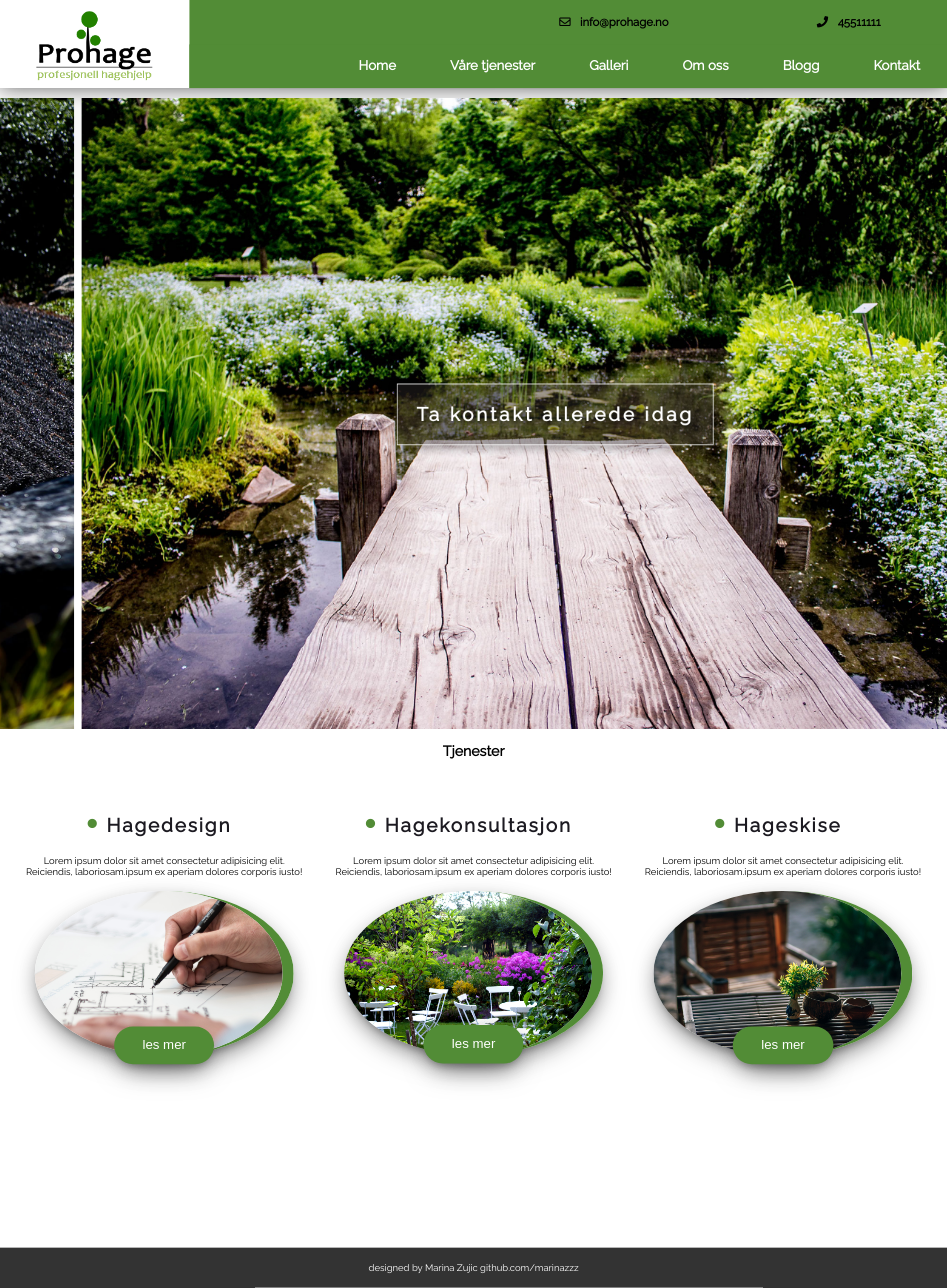
Repository: marinazzz/garden-design-website
Page: Garden design website/index.html
An editor plug-in stored every save of this project. The page is shown before and after the next save, followed by the edit.
The browser window is 1280 px wide. The pictures show the whole page, at 74% of full size.

Above is the page before, as saved 2020-04-01 09:52:50.

### Garden design website/index.html
<!DOCTYPE html>
<html lang="nb">
<head>
    <title>Hagedesign Oslo</title>
    <link rel="stylesheet" type="text/css" href="CSS/fontawesome-free-5.12.1-web/css/all.min.css">
    <link rel="stylesheet" type="text/css" href="CSS/style.css"/>
    <link rel="stylesheet" type="text/css" href="CSS/min-width-768px.css">
    <link rel="stylesheet" type="text/css" href="CSS/min-width-992px.css">
    <link rel="stylesheet" href="https://cdnjs.cloudflare.com/ajax/libs/animate.css/3.7.2/animate.min.css">
    <link rel="stylesheet" type="text/css" href="PLUGINS/glide-master/dist/css/glide.core.min.css" />
    <link rel="stylesheet" type="text/css" href="PLUGINS/glide-master/dist/css/glide.theme.min.css" />
    <link href="https://fonts.googleapis.com/css?family=Raleway&display=swap" rel="stylesheet">
    <meta name="viewport" content="width=device-width, initial-scale=1" charset="UTF-8">
</head>
<body>
    <header class="header--white-green">
        <div class="wrapper">
        <div class="container__menu--small container__menu"> <!--grid container-->
            <div class="container__logo"> <!--1.column-->
                <img class="logo"src="images/prohage black.png" alt="Prohage logo">
            </div>
            <div class="container__items--small container__items"> <!--2.column-->
                <div class="container__item"> <!--1.row-->
                     <a href="mailto:info@prohage.no"
                         class ="container__item-txt"><i class="far fa-envelope"></i>info@prohage.no</a>
                     <a href="tlf:45511111"
                         class="container__item-txt"><i class="fas fa-phone"></i>45511111</a>
                </div>
               <div class="container__item-bottom"> <!--2.row-->
                   <button class="menu__toggle">
                       <i class="fas fa-bars"></i>
                   </button>
                   <nav id="menu">
                        <ul class="menu__list">
                            <li class="menu__item">
                                <a class="menu__link" href="home">Home</a>
                            </li>
                            <li class="menu__item">
                                <a class="menu__link" href="#services">Våre tjenester</a>
                            </li>
                            <li class="menu__item">
                                <a class="menu__link" href="#gallery">Galleri</a>
                            </li>
                            <li class="menu__item">
                                <a class="menu__link" href="#about">Om oss</a>
                            </li>
                            <li class="menu__item">
                                <a class="menu__link" href="#blog">Blogg</a>
                            </li>
                            <li class="menu__item">
                                <a class="menu__link" href="kontakt">Kontakt</a>
                            </li>
                       </ul>
                   </nav>
               </div>
            </div>
            </div>
        </div>
        <section id="main-photo">
            <div class="glide">
                <div class="glide__track"
                     data-glide-el="track">
                    <ul class="glide__slides">
                        <li class="glide__slide">
                            <img class="main-photo__item"
                                 srcset="images/daylight-environment-garden-2000.jpg 2000w,
                                         images/daylight-environment-garden-1000.jpg 1000w"
                                 sizes="(min-width: 1440px) 2000px, 100vw"
                                 src="images/daylight-environment-garden-2000.jpg" alt="Garden and plants" />
                                 <h1 class="main-photo__title">Profesjonell hagehjelp</h1>
                        </li>
                        <li class="glide__slide">
                            <img class="main-photo__item"
                                 srcset="images/main-header-photo-2000.jpg 2000w,
                                          images/main-header-photo-1000.jpg 1000w"
                                 sizes="(min-width: 1440px) 2000px, 100vw"
                                 src="images/main-header-photo-2000.jpg" alt="Garden and plants" />
                                 <h1 class="main-photo__title">Ta kontakt allerede idag</h1>
                                </li>
                        <li class="glide__slide">
                            <img class="main-photo__item"
                                 srcset="images/header-photo-2000.jpg 2000w,
                                         images/header-photo-1000.jpg 1000w"
                                 sizes="(min-width: 1440px) 2000px, 100vw"
                                 src="images/header-photo-2000.jpg" alt="Garden designed by proffesional" />
                                 <h1 class="main-photo__title">Rådgiving og tipser</h1>
                        </li>
                        <li class="glide__slide">
                            <img class="main-photo__item"
                                 srcset="images/bloom-blooming-blur-2000.jpg 2000w,
                                         images/bloom-blooming-blur-1000.jpg 1000w"
                                 sizes="(min-width: 1440px) 2000px, 100vw"
                                 src="images/bloom-blooming-blur-2000.jpg" alt="Garden designed by proffesional" />
                                 <h1 class="main-photo__title">Følg vår hageblogg</h1>
                        </li>
                    </ul>
                </div>
                <!--<div class="glide__arrows"
                         data-glide-el="controls">
                        <button class="glide__arrow glide__arrow--left"
                                data-glide-dir="<">
                            <i class="fas fa-chevron-circle-left"></i>
                        </button>
                        <button class="glide__arrow glide__arrow--right"
                                data-glide-dir=">">
                            <i class="fas fa-chevron-circle-right"></i>
                        </button>
                    </div>-->
            </div>

            <!--<img class="main-photo__item1"
                 srcset="images/architecture-clouds-daylight-2000.jpg 2000w,
                         images/architecture-clouds-daylight-1000.jpg 1000w"
                 sizes="(min-width: 1440px) 2000px, 100vw"
                 src="images/architecture-clouds-daylight-2000.jpg" alt="Garden">
            <img class="main-photo__item2"
                 srcset="images/header-photo-2000.jpg 2000w,
                         images/header-photo-1000.jpg 1000w"
                 sizes="(min-width: 1440px) 2000px, 100vw"
                 src="images/header-photo-2000.jpg" alt="Garden designed by proffesional" >
            <img class="main-photo__item3"
                 srcset="images/main-header-photo-2000.jpg 2000w,
                         images/main-header-photo-1000.jpg 1000w"
                 sizes="(min-width: 1440px) 2000px, 100vw"
                 src="images/main-header-photo-2000.jpg" alt="Garden and plants" >
            <h1 class="main-photo__title">Profesjonell hagehjelp</h1>-->
        </section>
     </header>
     <main>
         <section id="services" class="section--white-green section-container">
            <h1 class="services-title">Tjenester</h1>
            <div class="section-wrapper">
            <section class="services-item">
                <div class="item-title__wrapp">
                    <i class="fas fa-circle"></i>
                    <h2 class="services-item-title">Hagedesign</h2>
                </div>
                <p class="services-txt">Lorem ipsum dolor sit amet consectetur adipisicing elit. Reiciendis, laboriosam.ipsum ex aperiam dolores corporis iusto!</p>
                <div class="position-button">
                     <img class="services-photo" src="images/person-holding-black-pen-1109541.jpg" alt="Hagedesigner tegner">
                     <button class="services-toggle">les mer</button>
                </div>
            </section>
            <section class="services-item services-item--padding">
                <div class="item-title__wrapp">
                    <i class="fas fa-circle"></i>
                    <h2 class="services-item-title">Hagekonsultasjon</h2>
                </div>
                <p class="services-txt">Lorem ipsum dolor sit amet consectetur adipisicing elit. Reiciendis, laboriosam.ipsum ex aperiam dolores corporis iusto!</p>
                <div class="position-button">
                    <img class="services-photo" src="images/colorful-garden-1226667-1919x1272.jpg" alt="Hagekonsultasjon med hagedesigner"> <!--smaller picture than other 2-->
                    <button class="services-toggle">les mer</button>
                </div>
            </section>
            <section class="services-item services-item--padding">
                <div class="item-title__wrapp">
                    <i class="fas fa-circle"></i>
                    <h2 class="services-item-title">Hageskise</h2>
                </div>
                <p class="services-txt">Lorem ipsum dolor sit amet consectetur adipisicing elit. Reiciendis, laboriosam.ipsum ex aperiam dolores corporis iusto!</p>
                <div class="position-button">
                    <img class="services-photo" src="images/selective-focus-photography-of-green-leafed-plant-on-table-1424464.jpg" alt="Hagedesigner hjelp">
                    <button class="services-toggle">les mer</button>
                </div>
            </section>
            </div>
         </section>
         <section id="gallery">

        </section>
         <article id="blog-posts">

         </article>
         <section id="about oss">

        </section>
     </main>
     <footer>
	     <p>designed by Marina Zujic
		     <a href="https://github.com/marinazzz">github.com/marinazzz</a>
	     </p>
     </footer>
     <script src="PLUGINS/glide-master/dist/glide.min.js"></script>
     <script>
        new Glide('.glide', {
            type: 'carousel',
            autoplay: true,
            hoverpause: false,
            perView: 1,
            animationDuration: 10000
        }).mount()
      </script>
     <script src="JS/js-app.js"></script>
</body>
</html>

### Garden design website/CSS/style.css
html {
  font-size: 62.5%;
}

body {
  margin: 0;
  padding: 0;
  text-align: center;
  box-sizing: border-box;
  font-family: 'Raleway', sans-serif;
}

       /*__ HEADER__ */

/*color styles*/
.header--white-green {
  --header-bg-color: #528C36;
  --header-link-color: black;
  --header-menu-link: #fff;
  --header-toggle-color: #528C36;
}

/*main style*/
.container__menu--small {
  display: flex;
  justify-content: space-around;
  box-shadow: 0 0 2rem 0 rgba(0, 0, 0, 0.24), 0 0 30rem 0 rgba(0, 0, 0, 0.2);
}

.logo {
  max-height: 8rem;
  background: white;
}

.container__items--small {
  display: grid;
  grid-template-rows: 1fr 1fr;
  align-content: flex-end;
  width: 250px;
}

.container__item {
  align-self: center;
}

.container__item,
.container__item-bottom {
  text-align: end;
}

.container__item-txt {
  color: var(--header-link-color);
  text-decoration: none;
  font-size: 1.2rem;
}

.container__item > a:first-of-type {
  padding-right: 1.6rem;
}

.container__item-bottom > nav {
  text-align: center;
}

.menu__toggle {
  color: var(--header-bg-color);
  box-sizing: border-box;
  border: none;
  background-color: transparent;
  outline: none;
  font-size: 3rem;
  line-height: 0;
  padding: 0.5rem;
  color: var(--header-toggle-color);
  position: relative;
  z-index: 100;
}

.fa-phone,
.fa-envelope {
  margin-right: 1rem;
}


/* MENU */

#menu {
  display: none;
  position: absolute;
  top: auto;
  left: 0;
  width: 100%;
  padding-top: 1rem;
  background-color: var(--header-bg-color);
  z-index: 20;
}

.menu__list {
  padding: 0;
  margin: 0;
  display: flex;
  flex-direction: column;
}

.menu__item {
  display: block;
  margin-bottom: 1rem;
}

.menu__link {
  color: var(--header-menu-link);
  text-decoration: none;
  font-size: 1.4rem;
}

#menu.menu-opened {
  display: block;
}


/*FOR SMALL DEVICES*/

@media screen and (max-width: 420px) {

  .logo {
    max-height: 7rem;
  }

  .container__items--small {
    width: auto;
    align-self: center;
  }

  .container__item > a:first-of-type {
    padding-right: 1.3rem;
  }

  .container__item {
    text-align: center;
  }

  .fa-phone, .fa-envelope {
    margin-right: 0.3rem;
  }
}

/* MAIN PICTURE */

#main-photo {
  width: 100%;
  padding-top: 1rem;
}

.main-photo__title {
  position: absolute;
  color: white;
  background-color:#524a4a3b;
  border: 0.1rem solid white;
  filter: drop-shadow(2px 4px 6px black);
  padding: 2rem;
  margin: 0 auto;
  font-size: 1.5rem;
  letter-spacing: 0.2rem;
  top: 50%;
  left: 50%;
  transform: translate(-50%, -50%);
}



/* GLIDE SLIDER CSS OVERRIDES */

.glide__slides {
  margin: 0;
}

.glide__slide {
  position: relative;
}

/*#main-photo .glide__arrow  {
  font-size: 4rem;
  padding: 0;
  border-color: transparent;
  box-shadow: none;
  border-radius: 50%;
  line-height: 0;
  transition: all 200ms ease-in-out;
}

#main-photo .glide__arrow:hover {
  border-color: #252525;
  color: #252525;
}*/



/*#main-photo {
  position: relative;
}

.main-photo__item {
   width: 100%;
}

.main-photo__title {
  position: absolute;
  bottom: 1rem;
  left: 20rem;
  font-size: 2rem;
}*/



/*1. COLOR OPTION*/
/* CSS variables*/
/* :root {
  --header-bg-color: #4daa57;
  --header-top-bg-color: #252525;
  --header-toggle-color: #fff;
}*/

/*.top-header__item {
  color: var(--header-link-color);
  text-decoration: none;
  font-size: 1.4rem;
}*/


/*------MAIN----------*/

/* SECTIONS */

/*Common styles for sections*/

/*color styles*/
.section--white-green {
  --section-bg: #FAFAFA;
  --section-title-bg: #528C36;
  --section-border-color: #528C36;
  --section-h2-color: #1C1A21;
  --buttons-services-color: #528C36;
}

/*layout*/
.section-wrapper {
  padding: 1rem 1rem 0 1rem;
  display: flex;
  flex-direction: column;
}

/*#services, #gallery, #reviews, #about {
  padding: 0.5rem;
  background: var(--section-bg);
}*/

/*.services-title, .gallery-title, .about-title {
  font-size: 2.5rem;
  margin: 0 9rem;
  padding-top: 1.6rem;
  letter-spacing: 0.32rem;
  border-bottom: var(--section-border-color) solid 0.25rem;
}*/


/* SECTION SERVICES */

.services__title {
  font-size: 2.5rem;
  position: absolute;
  left: 50%;
  transform: translate(-50%, -50%);
  border-radius: 0.7rem;
  color: #fafafa;
  background: var(--section-title-bg);
  letter-spacing: 0.32rem;
  padding: 1rem;
  margin: 0 auto;
  text-transform: uppercase;
}

.services__title,
.services-photo,
.services-toggle {
  box-shadow: 0 16px 38px -12px rgba(0, 0, 0, 0.56), 0 4px 25px 0px rgba(0, 0, 0, 0.12), 0 8px 10px -5px rgba(0, 0, 0, 0.2);
}
.services-txt {
  margin: 0;
  padding: 1.5rem;
}

.services-item {
  padding-top: 3rem;
}

.item-title__wrapp {
  display: flex;
  justify-content: center;
  align-items: center;
}

.fas,
.fa-circle {
  color: var(--buttons-services-color);
}

.services-item-title {
  margin: 0.5rem 0 0.5rem 0;
  font-size: 2rem;
  padding: 0 1rem;
}

.services-photo {
  overflow: hidden;
  border-radius: 50%;
  border-right: solid 1.2rem var(--section-border-color);
  width: 80%;
}

.services-item-title {
  color: var(--section-h2-color);
  letter-spacing: 0.2rem;
}

.services-toggle {
  background: var(--buttons-services-color);
  border-radius: 3rem;
  box-sizing: border-box;
  border: none;
  font-size: 1.4rem;
  padding: 1.2rem 3rem;
  color: #fff;
}

.position-button {
  position: relative;
}

.position-button > button {
  position: absolute;
  bottom: -15%;
  left: 50%;
  transform: translate(-50%, -50%);
}

.services-item--padding {
  padding-top: 6rem;
}


/*FOOTER*/

footer {
  background: #333333;
  padding: 0.5rem;
  margin-top: 20rem; /*temporary*/
  color: white;
}

footer a {
  color: white;
  text-decoration: none;
}

### Garden design website/CSS/min-width-768px.css
@media screen and (min-width: 768px) {

  html {
    font-size: 70%;
  }

   /* HEADER */


   .container__menu,
   .container__items {
    display: grid;
   }

   .container__menu {
    grid-template-columns: 2fr 80%;
    box-shadow: 0 0 2rem 0 rgba(0, 0, 0, 0.62), 0 0 30rem 0 rgba(0, 0, 0, 0.19);
  }

  .container__items {
    grid-template-rows: 1fr 1fr;
    background: var(--header-bg-color);
    width: auto;
  }

  .container__item,
  .container__item-bottom {
    display: flex;
  }

  .container__item {
    align-self: center;
    justify-content: space-around;
    /*padding-left: 23rem;*/
  }

  .container__item > a:first-of-type {
    padding-left: 10rem;
  }

  .container__item-bottom {
    align-items: center;
  }

  .menu__toggle {
    display: none;
  }

  /* NAVIGATION */

  #menu,
  .menu-opened .menu__item .menu__link {
    display: block;
  }

  #menu {
    position: static;
    padding: 0;
    top: 0;
  }

  #menu,
  .menu_list {
    height: 100%;
  }

  .menu__list {
    height: 100%;
    flex-direction: row;
    justify-content: center;
    align-items: center;
    padding-left: 5rem;
  }

  .menu__item {
    height: 100%;
    display: block;
    flex-grow: 1;
    margin: 0;
    line-height: 4.5rem;
  }

  .menu__item:hover {
    background-color:#272727;
  }

  .menu__link:active {
    color:black;
  }

  .menu__link,
  .container__item-txt {
    font-weight: bold;
  }

  /* color styles */

  :root {
    /*header*/
    --header-bg-color:#528C36;
    --link-color: #FCFDF9;
  }

  /* MAIN PHOTO */

  .main-photo__title {
    font-size: 2rem;
    letter-spacing: 0.3rem;
}


/* SECTIONS */

/*Common styles for sections*/
/*layout*/
.section-wrapper {
  flex-direction: row;
}

.services-item--padding {
  padding-top: 0;
}

.services-item {
  padding-top: 3rem;
}

}

### Garden design website/CSS/min-width-992px.css
@media screen and (min-width: 992px) {
    html {
        font-size: 80%;
    }

   /* HEADER */

    .logo {
        max-height: 9rem;
    }

    .container__items {
        width: auto;
    }

    .container__item {
        padding-left: 22rem;;
    }

    .container__item-bottom,
    .container__items {
        padding: 0;
    }

    #menu {
        padding-left: 10rem;
    }
}

@media screen and (min-width: 1440px) {

    /* HEADER */
    .container__menu {
        max-width: 1500px;
        margin: 0 auto;
    }

    .container__item {
        padding-left: 47rem;;
    }

    #menu {
        padding-left: 30rem;
    }


    /* MAIN PHOTO */

    .main-photo__title {
        font-size: 3rem;
        letter-spacing: 0.5rem;
    }
}

@media screen and (min-width: 2560px) {

    .logo {
        max-height: 12rem;
    }

    .container__item {
        justify-self: center;
    }

    .container__item > a:first-of-type {
        padding: 0 13rem;
    }

    .container__item-bottom {
        padding: 0 40rem;
    }

    /*content on middle*/

    .container__menu {
        max-width: 2000px;
    }

    .container__item-bottom,
    .container__items {
        padding: 0;
    }

    #menu,
    .container__item {
        padding-left: 50rem;
    }

    .section-container {
        max-width: 2000px;
        margin: 0 auto;
    }
}

### Garden design website/JS/js-app.js
let mainNav = document.getElementById("menu");

let navBarToggle = document.querySelector(".menu__toggle");

navBarToggle.addEventListener("click", function () {

    mainNav.classList.toggle("menu-opened");
});

Loaded but not shown: Garden design website/CSS/fontawesome-free-5.12.1-web/css/all.min.css (library); Garden design website/PLUGINS/glide-master/dist/css/glide.core.min.css (common file); Garden design website/PLUGINS/glide-master/dist/css/glide.theme.min.css (common file); Garden design website/PLUGINS/glide-master/dist/glide.min.js (library)

After the next save:
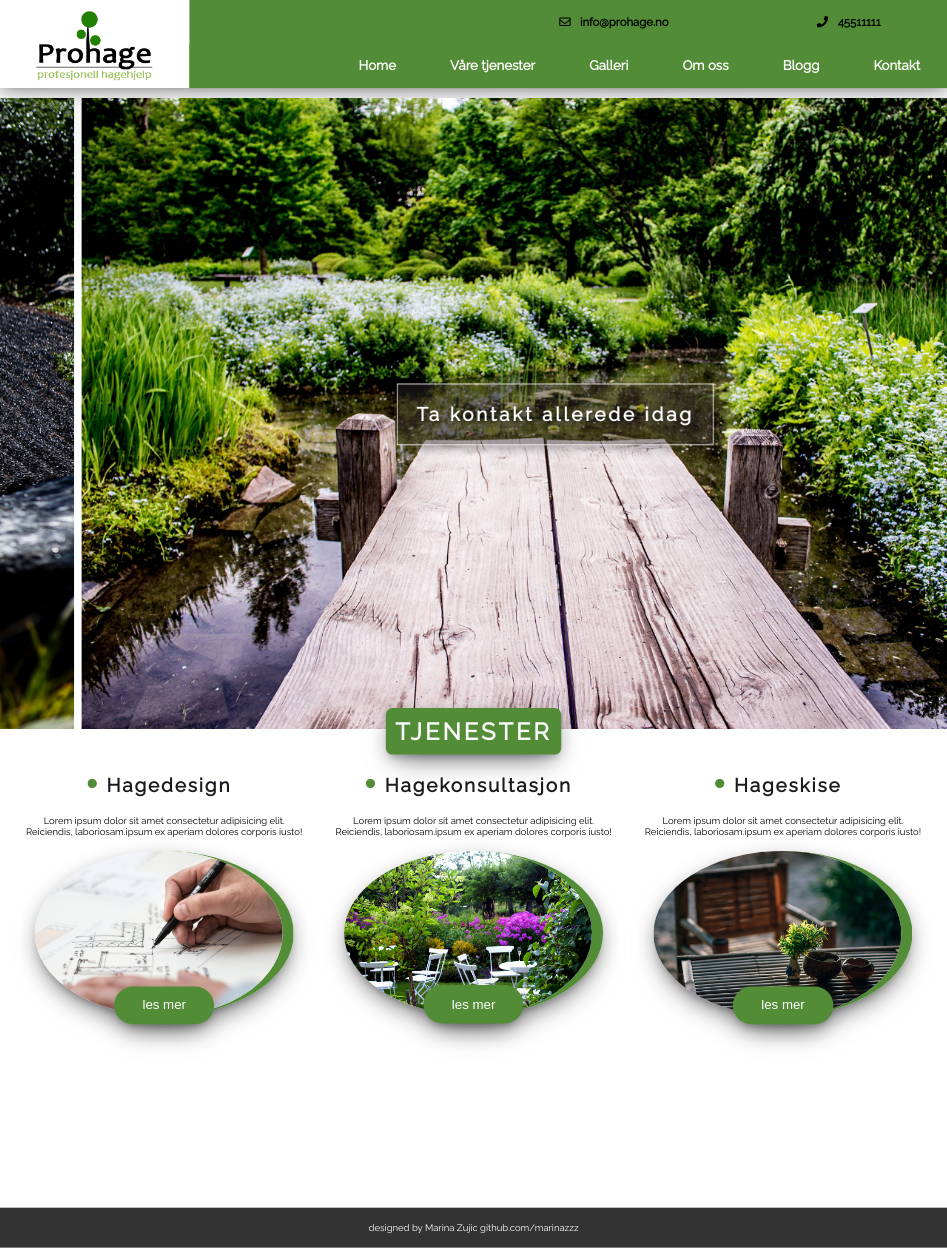
Saved 20 s later.
--- a/Garden design website/index.html
+++ b/Garden design website/index.html
@@ -128,7 +128,7 @@
      </header>
      <main>
          <section id="services" class="section--white-green section-container">
-            <h1 class="services-title">Tjenester</h1>
+            <h1 class="services__title">Tjenester</h1>
             <div class="section-wrapper">
             <section class="services-item">
                 <div class="item-title__wrapp">
